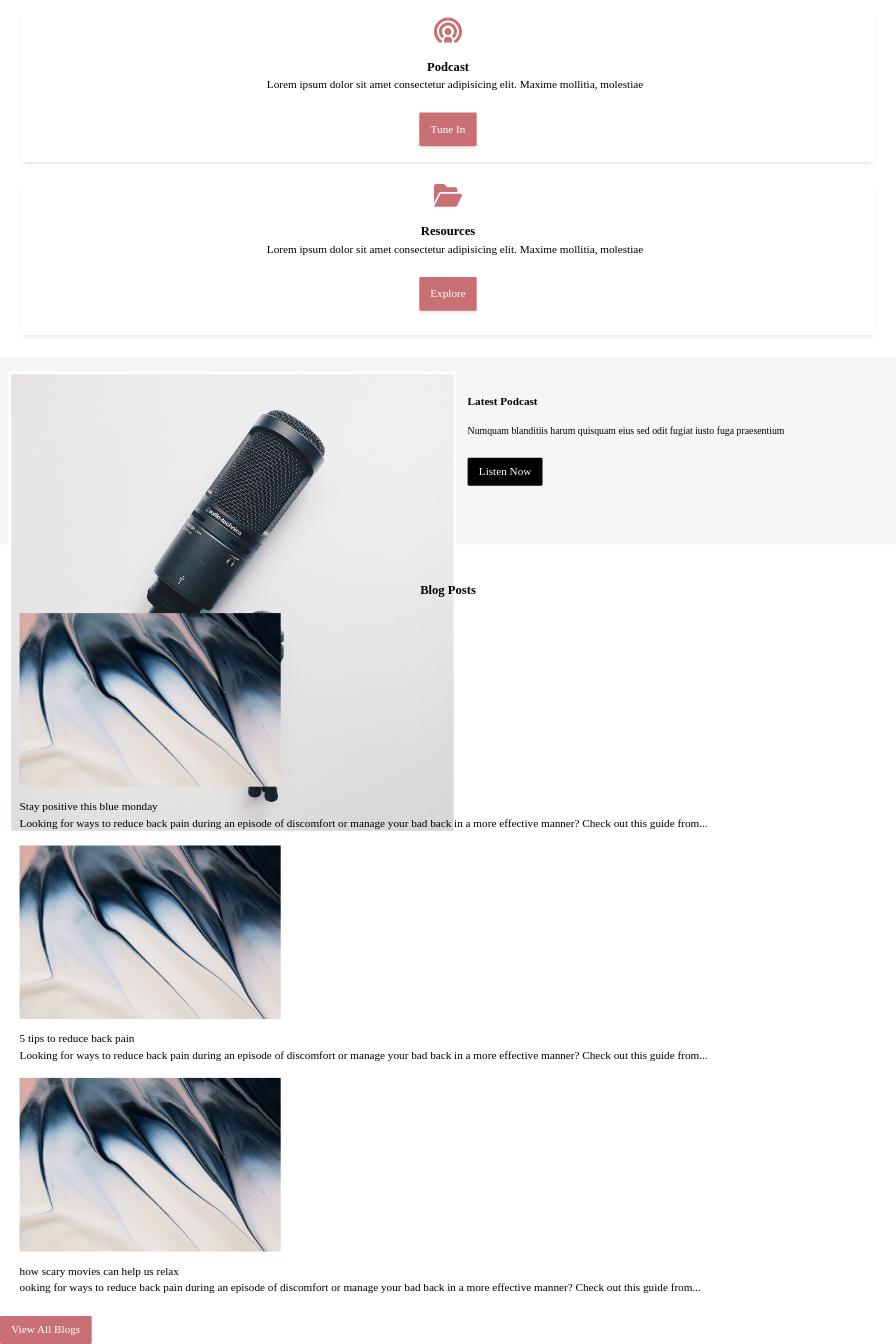
Repository: BrightonMboya/being-you
Page: /
These files come from the project's save history. The page is drawn as it stood at one moment and after the next save; the edit follows.
The browser window is 1280 px wide. The pictures show the part of the page from y = 1077 to 2997 px (the page is 2997 px tall), at 70% of full size.
The project was rebuilt for these pictures with package versions that can differ from the ones it lists, and the page was loaded fresh each time.

Above is the page before, as saved 2022-05-29 08:30:00.

After the next save:
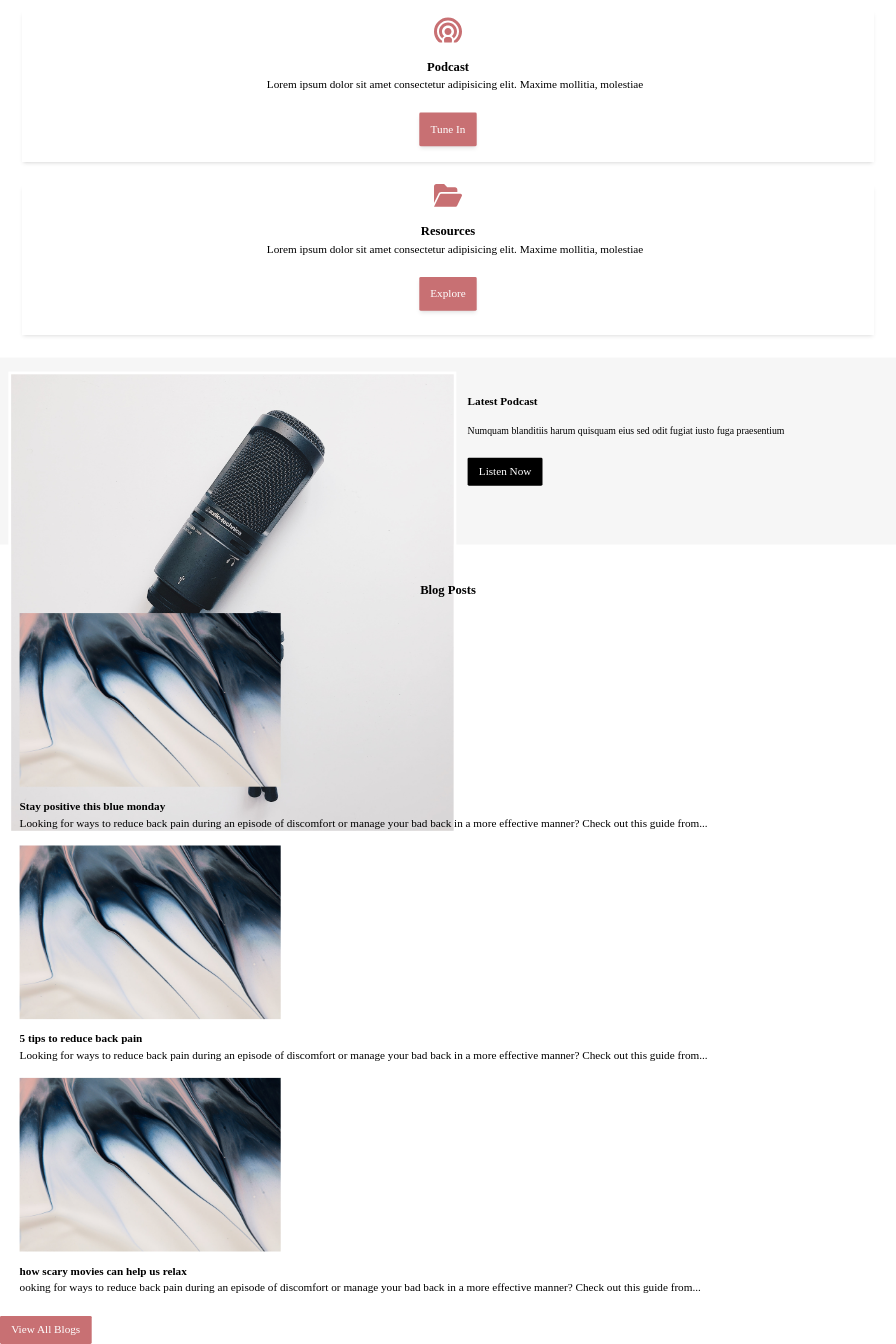
Saved 17 s later.
--- a/src/Components/Blog/BlogCard.jsx
+++ b/src/Components/Blog/BlogCard.jsx
@@ -5,7 +5,7 @@
     <div>
         <div className='px-7'>
             <img src={props.image} alt="" className='mt-5 object-cover'/>
-            <h3 className='mt-4 font-medium'>{props.title}</h3>
+            <h3 className='mt-4 font-semibold text-base'>{props.title}</h3>
             <p>{props.description}</p>
         </div>
     </div>
